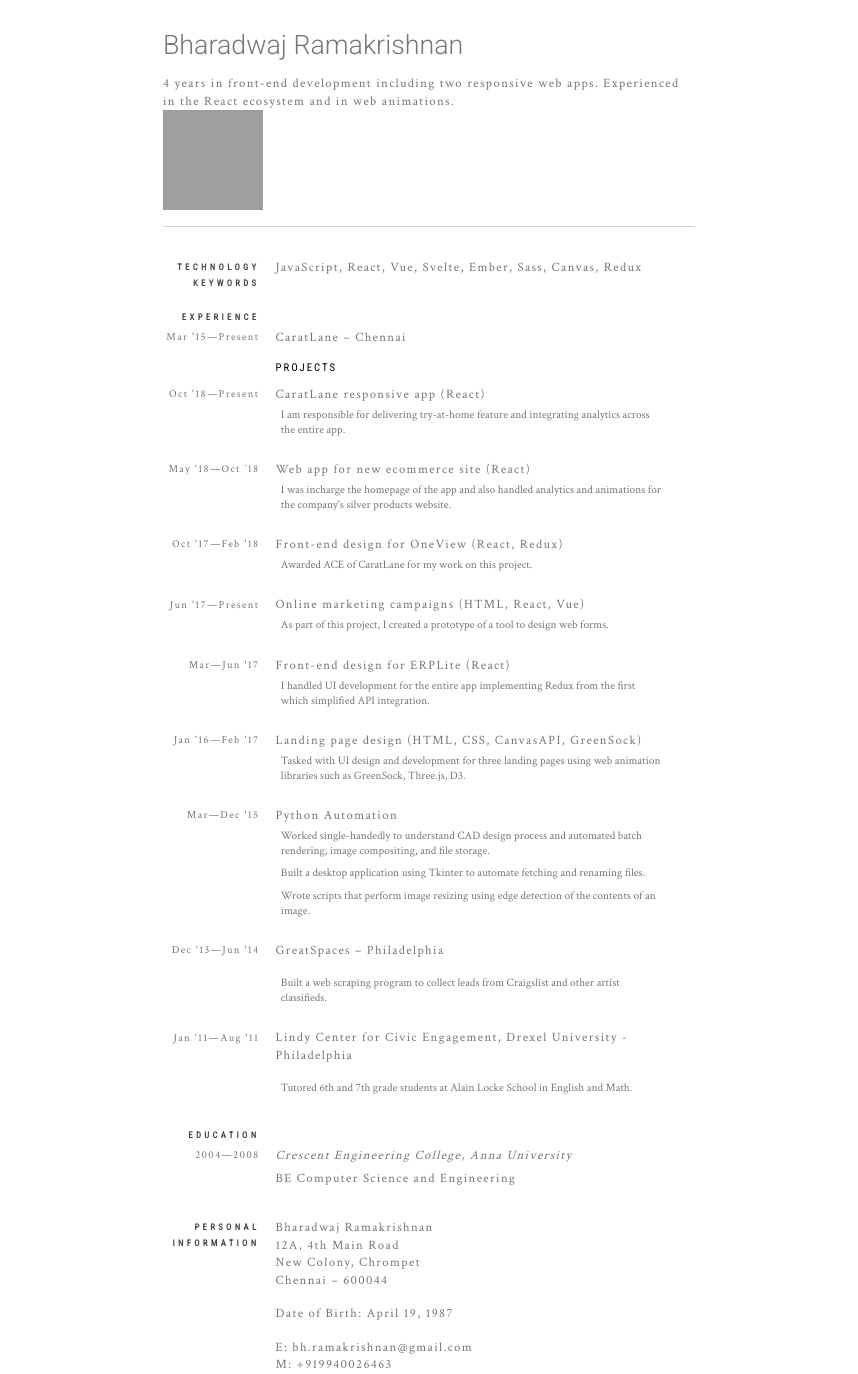
Repository: nosplashurinal/resume
Page: index.html
These files come from the project's save history. The page is drawn as it stood at one moment and after the next save; the edit follows.
The browser window is 1280 px wide. The pictures show the whole page, at 67% of full size.
Pictures or frames that could not be fetched are drawn as grey boxes.

Above is the page before, as saved 2019-01-02 11:32:14.

### index.html
<html lang="en">
  <head>
    <style>
      .page {
        width: 21cm;
        height: 29.7cm;
        margin: auto;
        padding: 0.5in;
      }
    </style>
    <link
      href="https://fonts.googleapis.com/css?family=Roboto+Condensed|Roboto:300|Crimson+Text"
      rel="stylesheet"
    />
    <link rel="stylesheet" href="/style.css" />
  </head>

  <body>
    <div class="page">
      <div class="header">
        <h1>Bharadwaj Ramakrishnan</h1>
        <p>
          4 years in front-end development including two responsive web apps.
          Experienced in the React ecosystem and in web animations.
        </p>
        <img class="headshot" src="./profile.jpg" alt="headshot">
      </div>
      <svg height="1" width="100%">
        <line
          x1="0"
          y1="0"
          x2="100%"
          y2="0"
          style="stroke:#767676;stroke-width:1"
        />
      </svg>
      <div class="body-block"></div>
      <div class="body-block">
        <div class="gutter-container"><h2>TECHNOLOGY KEYWORDS</h2></div>
        <p>JavaScript, React, Vue, Svelte, Ember, Sass, Canvas, Redux</p>
      </div>
      <div class="body-block">
        <div class="gutter-container"><h2>EXPERIENCE</h2></div>
        <div class="exp-block">
          <div class="company">
            <p class="date">Mar '15&mdash;Present</p>
            <p>CaratLane – Chennai</p>
          </div>
          <h3>PROJECTS</h3>
          <div class="project-block">
            <p class="date">Oct '18&mdash;Present</p>
            <p class="title">CaratLane responsive app (React)</p>
            <ul class="desc">
              <li>
                I am responsible for delivering try-at-home feature and
                integrating analytics across the entire app.
              </li>
            </ul>
          </div>
          <div class="project-block">
            <p class="date">May '18&mdash;Oct `18</p>
            <p class="title">Web app for new ecommerce site (React)</p>
            <ul class="desc">
              <li>
                I was incharge the homepage of the app and also handled
                analytics and animations for the company's silver products
                website.
              </li>
            </ul>
          </div>
          <div class="project-block">
            <p class="date">Oct '17&mdash;Feb '18</p>
            <p class="title">Front-end design for OneView (React, Redux)</p>
            <ul class="desc">
              <li>Awarded ACE of CaratLane for my work on this project.</li>
            </ul>
          </div>
          <div class="project-block">
            <p class="date">Jun '17&mdash;Present</p>
            <p class="title">Online marketing campaigns (HTML, React, Vue)</p>
            <ul class="desc">
              <li>
                As part of this project, I created a prototype of a tool to
                design web forms.
              </li>
            </ul>
          </div>
          <div class="project-block">
            <p class="date">Mar&mdash;Jun '17</p>
            <p class="title">Front-end design for ERPLite (React)</p>
            <ul class="desc">
              <li>
                I handled UI development for the entire app implementing Redux
                from the first which simplified API integration.
              </li>
            </ul>
          </div>
          <div class="project-block">
            <p class="date">Jan '16&mdash;Feb '17</p>
            <p class="title">
              Landing page design (HTML, CSS, CanvasAPI, GreenSock)
            </p>
            <ul class="desc">
              <li>
                Tasked with UI design and development for three landing pages
                using web animation libraries such as GreenSock, Three.js, D3.
              </li>
            </ul>
          </div>
          <div class="project-block">
            <p class="date">Mar&mdash;Dec '15</p>
            <p class="title">Python Automation</p>
            <ul class="desc">
              <li>
                Worked single-handedly to understand CAD design process and
                automated batch rendering, image compositing, and file storage.
              </li>
              <li>
                Built a desktop application using Tkinter to automate fetching
                and renaming files.
              </li>
              <li>
                Wrote scripts that perform image resizing using edge detection
                of the contents of an image.
              </li>
            </ul>
          </div>
          <div class="company">
            <p class="date">Dec '13&mdash;Jun '14</p>
            <p>GreatSpaces – Philadelphia</p>
          </div>
          <div class="project-block">
            <ul class="desc">
              <li>
                Built a web scraping program to collect leads from Craigslist
                and other artist classifieds.
              </li>
            </ul>
          </div>
          <div class="company">
            <p class="date">Jan '11&mdash;Aug '11</p>
            <p>
              Lindy Center for Civic Engagement, Drexel University -
              Philadelphia
            </p>
          </div>
          <div class="project-block">
            <ul class="desc">
              <li>
                Tutored 6th and 7th grade students at Alain Locke School in
                English and Math.
              </li>
            </ul>
          </div>
        </div>
      </div>
      <div class="body-block">
        <div class="gutter-container"><h2>EDUCATION</h2></div>
        <div class="education-block">
          <div class="education">
            <p class="italic">Crescent Engineering College, Anna University</p>
            <p class="date">2004&mdash;2008</p>
            <p>BE Computer Science and Engineering</p>
          </div>
        </div>
      </div>
      <div class="body-block">
        <div class="gutter-container"><h2>PERSONAL INFORMATION</h2></div>
        <div class="block-section">
          <p>Bharadwaj Ramakrishnan</p>
          <p>12A, 4th Main Road</p>
          <p>New Colony, Chrompet</p>
          <p>Chennai – 600044</p>
        </div>
        <div class="block-section"><p>Date of Birth: April 19, 1987</p></div>
        <div class="block-section">
          <p>E: bh.ramakrishnan@gmail.com</p>
          <p>M: +919940026463</p>
        </div>
      </div>
    </div>
  </body>
</html>

### dist/style.css
html, body, div, span, applet, object, iframe,
h1, h2, h3, h4, h5, h6, p, blockquote, pre,
a, abbr, acronym, address, big, cite, code,
del, dfn, em, img, ins, kbd, q, s, samp,
small, strike, strong, sub, sup, tt, var,
b, u, i, center,
dl, dt, dd, ol, ul, li,
fieldset, form, label, legend,
table, caption, tbody, tfoot, thead, tr, th, td,
article, aside, canvas, details, embed,
figure, figcaption, footer, header, hgroup,
menu, nav, output, ruby, section, summary,
time, mark, audio, video {
	margin: 0;
	padding: 0;
	border: 0;
	font-size: 100%;
	font: inherit;
	vertical-align: baseline;
}
article, aside, details, figcaption, figure,
footer, header, hgroup, menu, nav, section {
	display: block;
}
body {
	line-height: 1;
}
ol, ul {
	list-style: none;
}
blockquote, q {
	quotes: none;
}
blockquote:before, blockquote:after,
q:before, q:after {
	content: '';
	content: none;
}
table {
	border-collapse: collapse;
	border-spacing: 0;
}

h1, h3, h4 {
	font-family: 'Roboto', sans-serif;
}
.header {
	padding-bottom: 0.25in;
	position: relative;
}
.header .headshot {
	width: 150px;
	height: 150px;
}
.body-block {
	padding: 0 0.5in 0 1.75in;
	margin-bottom: 0.5in;
}
.gutter-container {
	position: absolute;
	margin-left: -1.75in;
	width: 1.5in;
}
.gutter-container h2 {
	line-height: 24px;
	letter-spacing: 5px;
	text-align: right;
	font-weight: bold;
}
h1 {
	font-size: 40px;
	color: #767676;
	margin-bottom: 0.25in;
}
h2 {
	font-size: 13px;
	color: #434343;
	font-family: 'Roboto Condensed', sans-serif;
}
p {
	font-family: 'Crimson Text', serif;
	color: #767676;
	letter-spacing: 2px;
	line-height: 26px;
	font-size: 19px;
}
.italic {
	font-style: italic;
}
.bold {
	font-weight: bold;
}
.education {
	position: relative;
}
.date {
	position: absolute;
	width: 1.5in;
	left: -1.75in;
	top: 0;
	text-align: right;
	font-family: 'Crimson Text', serif;
	font-size: 16px;
	color: #767676;
}
.education p:nth-child(1) {
	margin-bottom: 8px;
}
.block-section {
	margin-bottom: 0.25in;
}
.exp-block {
	position: relative;
}
.exp-block 	h3 {
	margin-bottom: 0.2in;
	font-family: 'Roboto Condensed', sans-serif;
	letter-spacing: 3px;
}
.company {
	margin-bottom: 0.25in;
	position: relative;
}
.education-block, .exp-block {
	padding-top: 30px;
}
.project-block {
	position: relative;
	color: #767676;
	margin-bottom: 36px;
}
.project-block .title {
	margin-bottom: 6px;
}
ul.desc {
	font-family: 'Crimson Text', serif;
	font-size: 17px;
	line-height: 22px;
}
.desc li {
	margin-bottom: 12px;
	margin-left: 8px;
}
.desc li::before {
	/* content: '-'; */
	display: inline-block;
	margin-right: 6px;
	font-weight: bold;
}

After the next save:
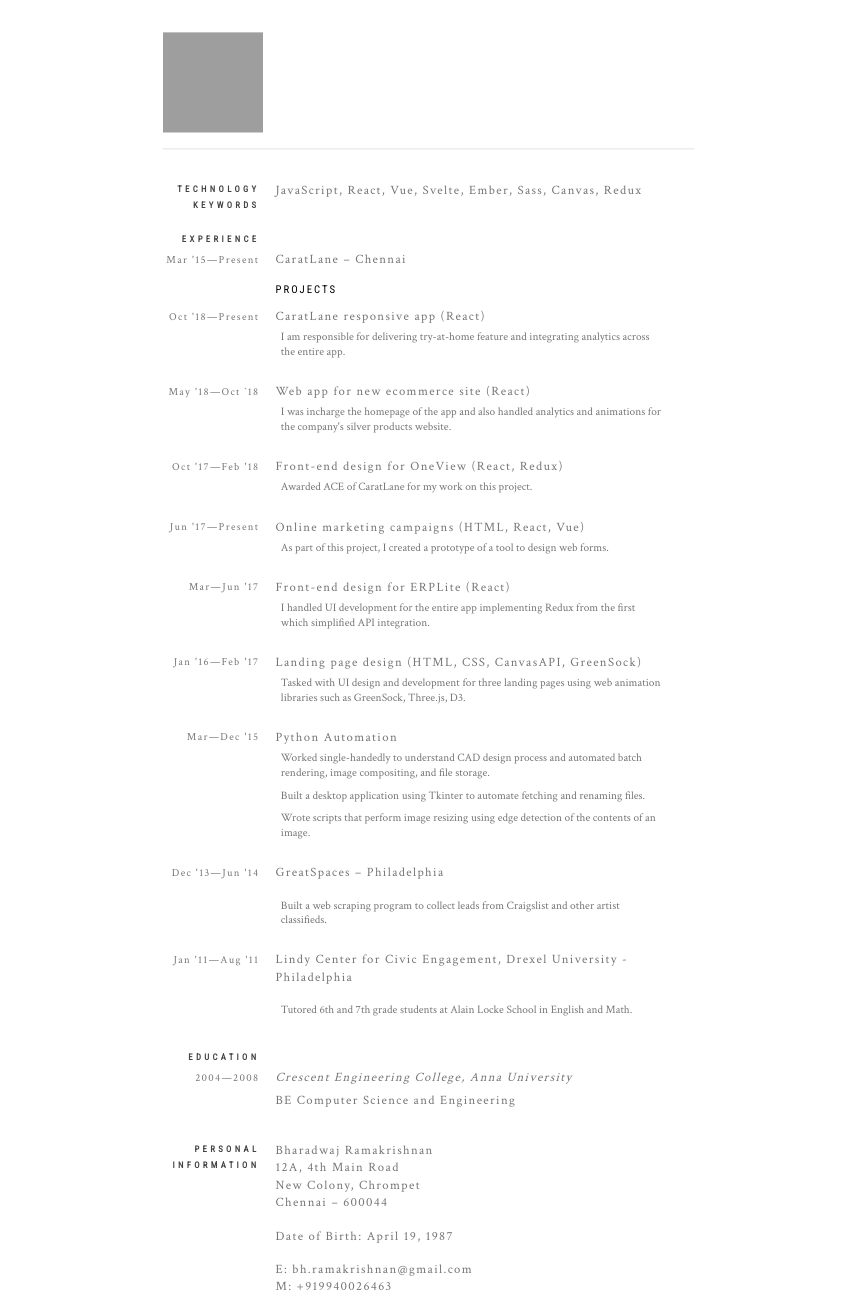
Saved 41 s later.
--- a/index.html
+++ b/index.html
@@ -18,12 +18,8 @@
   <body>
     <div class="page">
       <div class="header">
-        <h1>Bharadwaj Ramakrishnan</h1>
-        <p>
-          4 years in front-end development including two responsive web apps.
-          Experienced in the React ecosystem and in web animations.
-        </p>
         <img class="headshot" src="./profile.jpg" alt="headshot">
+
       </div>
       <svg height="1" width="100%">
         <line
